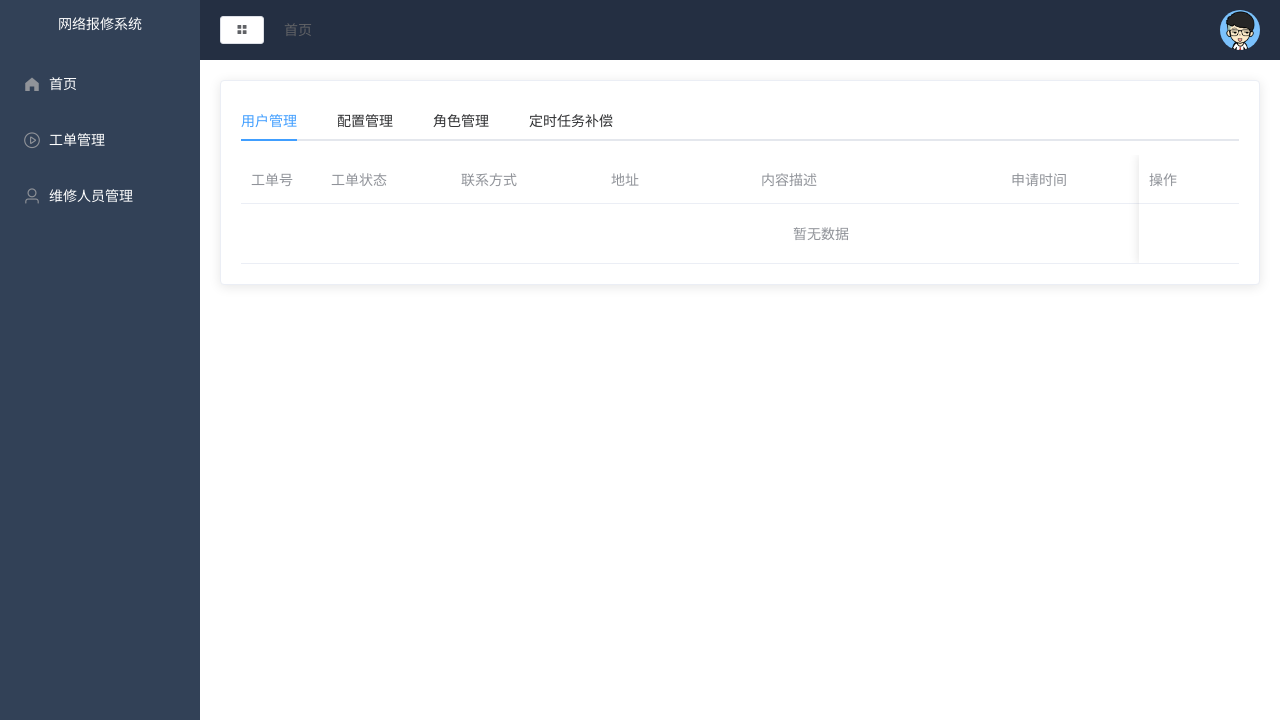
Repository: LtheW/vue
Page: /form
These files come from the project's save history. The page is drawn as it stood at one moment and after the next save; the edit follows.
The browser window is 1280 px wide. The pictures show the whole page.
The page's requests for data from a server got no answer. The project was rebuilt for these pictures with package versions that can differ from the ones it lists, and the page was loaded fresh each time. No one was signed in, and anything a server would have sent is missing. Also part of the build but not shown: vue.config.js, src/components/CommonTag.vue, src/views/Submit.vue, src/views/Maintainer/Add.vue.

Above is the page before, as saved 2022-03-31 17:16:04.

After the next save:
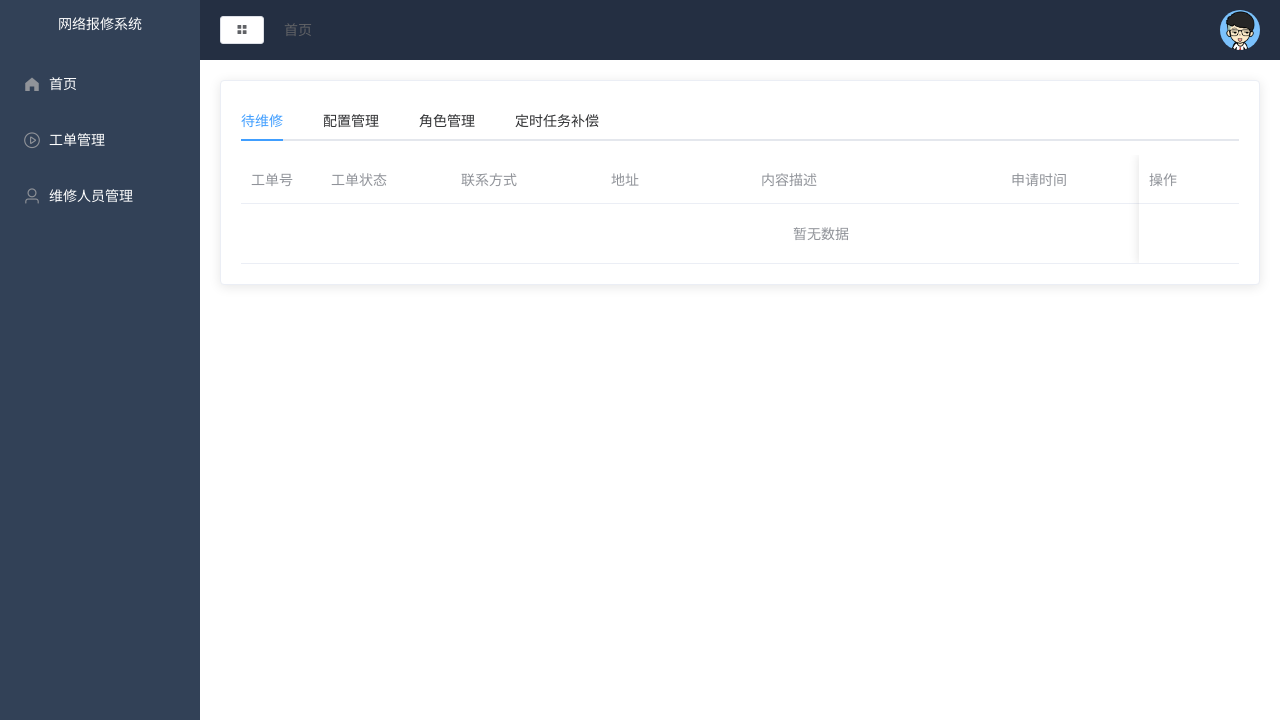
Saved 12 min 26 s later.
--- a/src/views/Form/Form.vue
+++ b/src/views/Form/Form.vue
@@ -1,7 +1,7 @@
 <template>
   <el-card>
     <el-tabs v-model="activeName" @tab-click="handleClick">
-      <el-tab-pane label="用户管理" name="first"
+      <el-tab-pane label="待维修" name="first"
         ><el-table :data="tableData" style="width: 100%" max-height="100%">
           <el-table-column
             fixed
